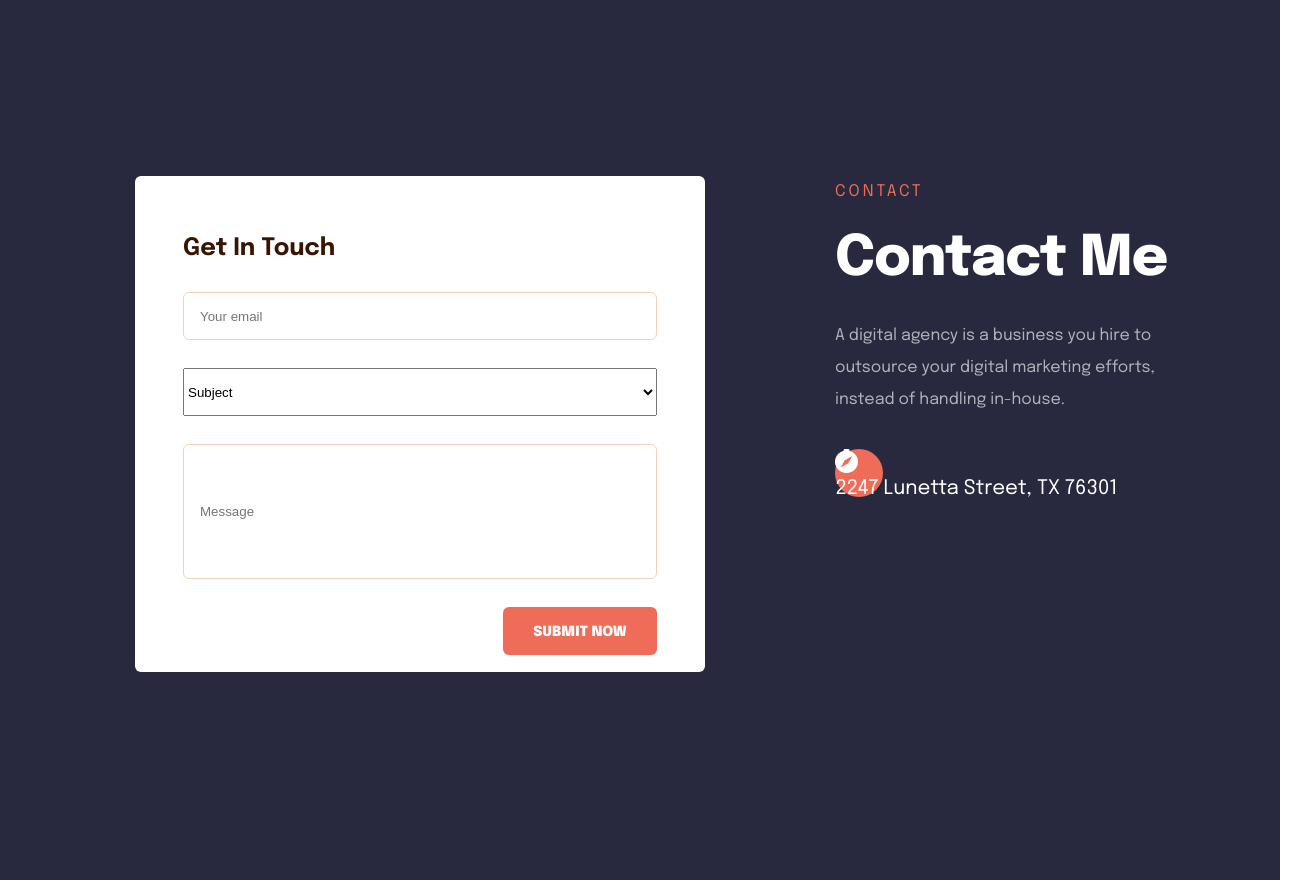
Repository: simralgasimov/contact-me
Page: index.html
An editor plug-in stored every save of this project. The page is shown before and after the next save, followed by the edit.
The browser window is 1280 px wide. The page is 1280 px wide, then 1305 px, so the pictures cover 1305 px, including what lies to the right of the window. The pictures show the whole page.

Above is the page before, as saved 2023-10-04 13:22:19.

After the next save:
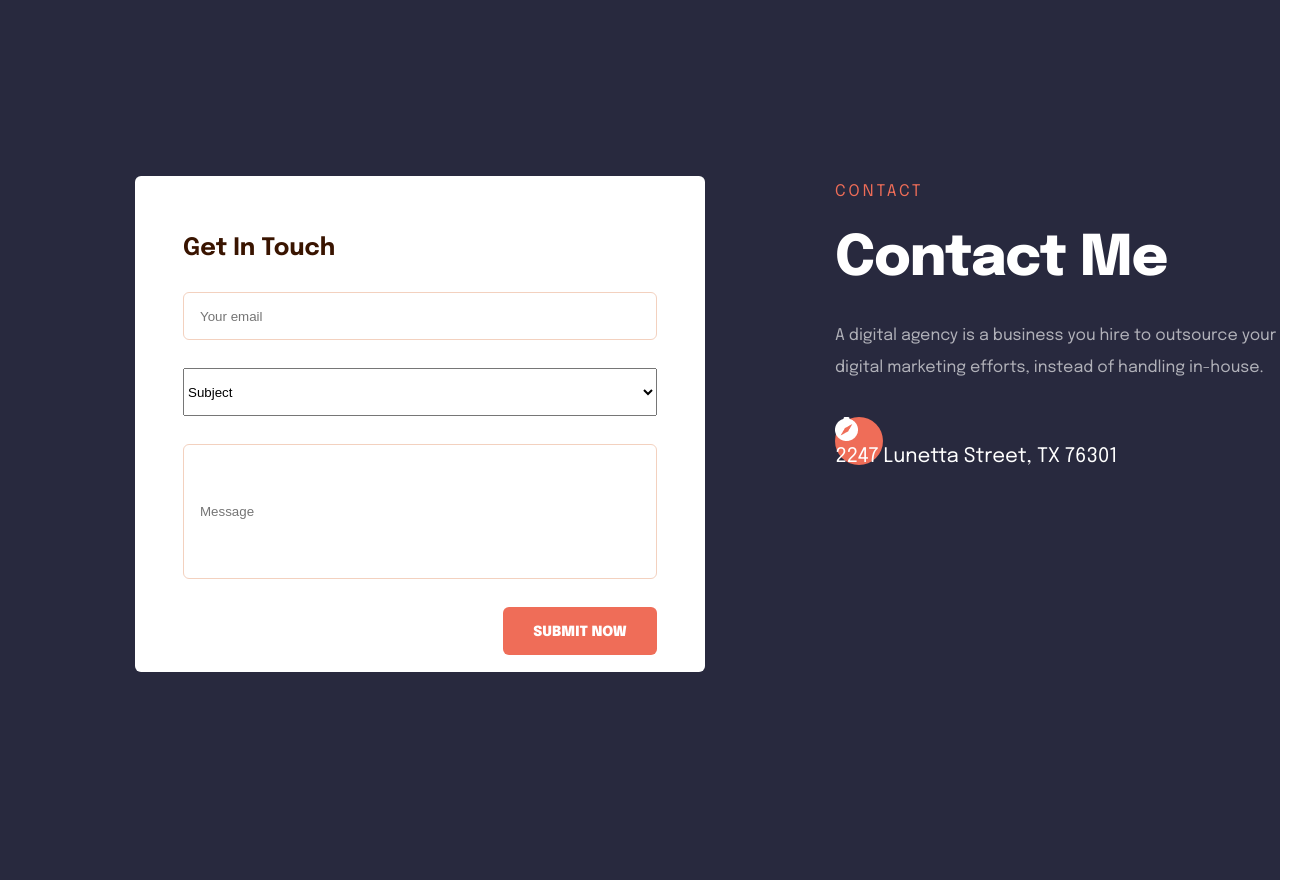
Saved 14 s later.
--- a/index.css
+++ b/index.css
@@ -112,6 +112,7 @@
 
 .container .contact-me p {
   margin-bottom: 33px;
+  width: 470px;
   color: var(--Text_Light_Gray, rgba(255, 255, 255, 0.64));
   font-feature-settings: "clig" off, "liga" off;
 
